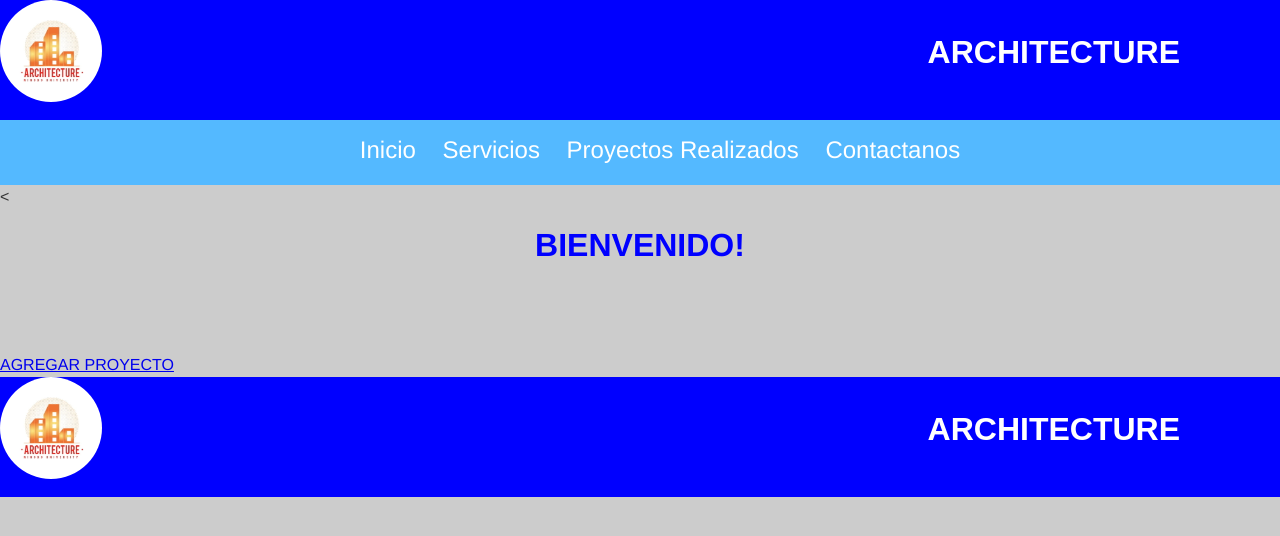
Repository: gabrielestrella18/htdocs
Page: http://localhost/arquitectos/opciones.php
The author's editor kept a copy of each file at every save. The page is drawn from the files as they stood at one save, then again after the next save.
The browser window is 1280 px wide. The pictures show the whole page.
The page is run by PHP 8.4 with error messages shown; the project is at /var/www/html/.

Above is the page before, as saved 2023-12-10 02:00:21.

After the next save:
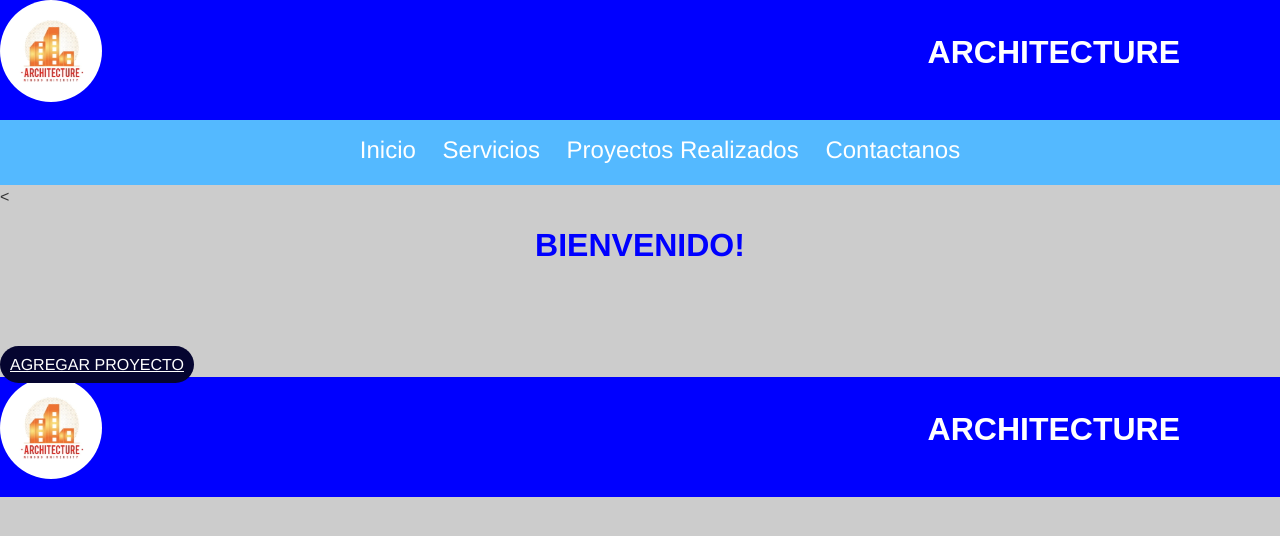
Saved 22 s later.
--- a/arquitectos/estilo.css
+++ b/arquitectos/estilo.css
@@ -321,7 +321,7 @@ h5 {
     font-size: xx-large;
 }
 
-#id {
+#proy {
     color: white;
     background-color: rgb(5, 5, 48);
     border-radius: 20px;
